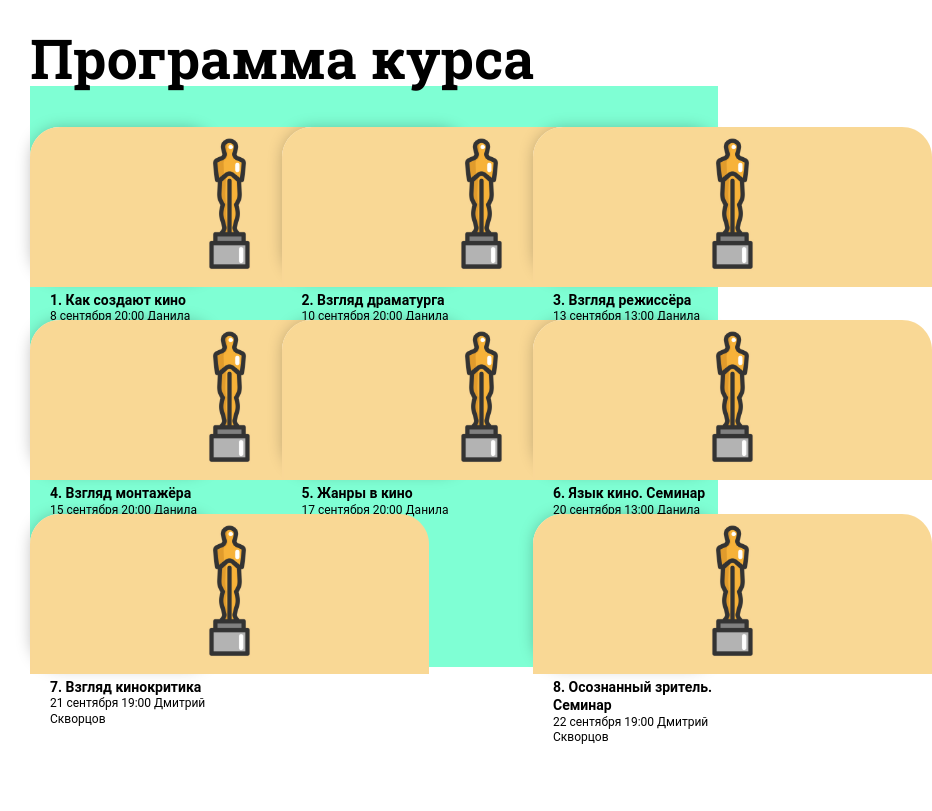
Repository: MehdiKerimov/Figma-task-18
Page: pages/homePage/index.html
An editor plug-in stored every save of this project. The page is shown before and after the next save, followed by the edit.
The browser window is 768 px wide. The page is 932 px wide, then 768 px, so the pictures cover 932 px, including what lies to the right of the window. The pictures show the whole page.
The style sheet was rebuilt from its Sass, Less or Tailwind sources for each picture, by a compiler version that may differ from the author's.

Above is the page before, as saved 2023-11-28 10:36:19.

After the next save:
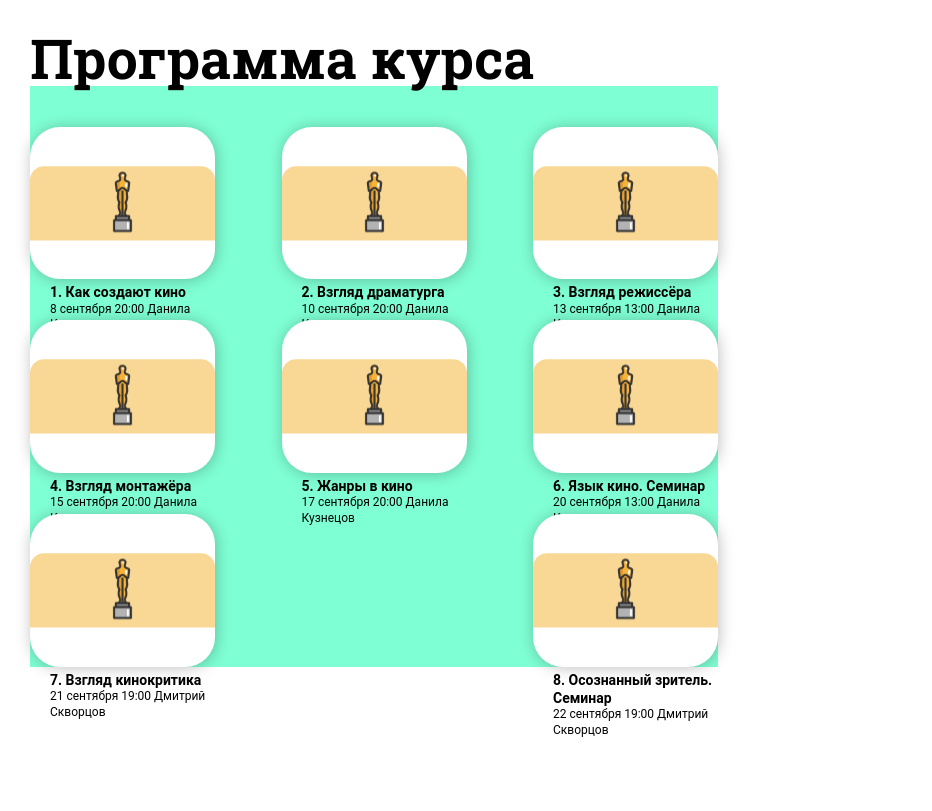
Saved 5 s later.
--- a/pages/homePage/index.scss
+++ b/pages/homePage/index.scss
@@ -38,7 +38,10 @@
             svg {
                 width: 399px;
                 height: 160px;
-
+                @media screen and (max-width:768px) {
+                    width: 185px;
+                    height: 152.839px;
+                     }
             }
 
             h2 {
